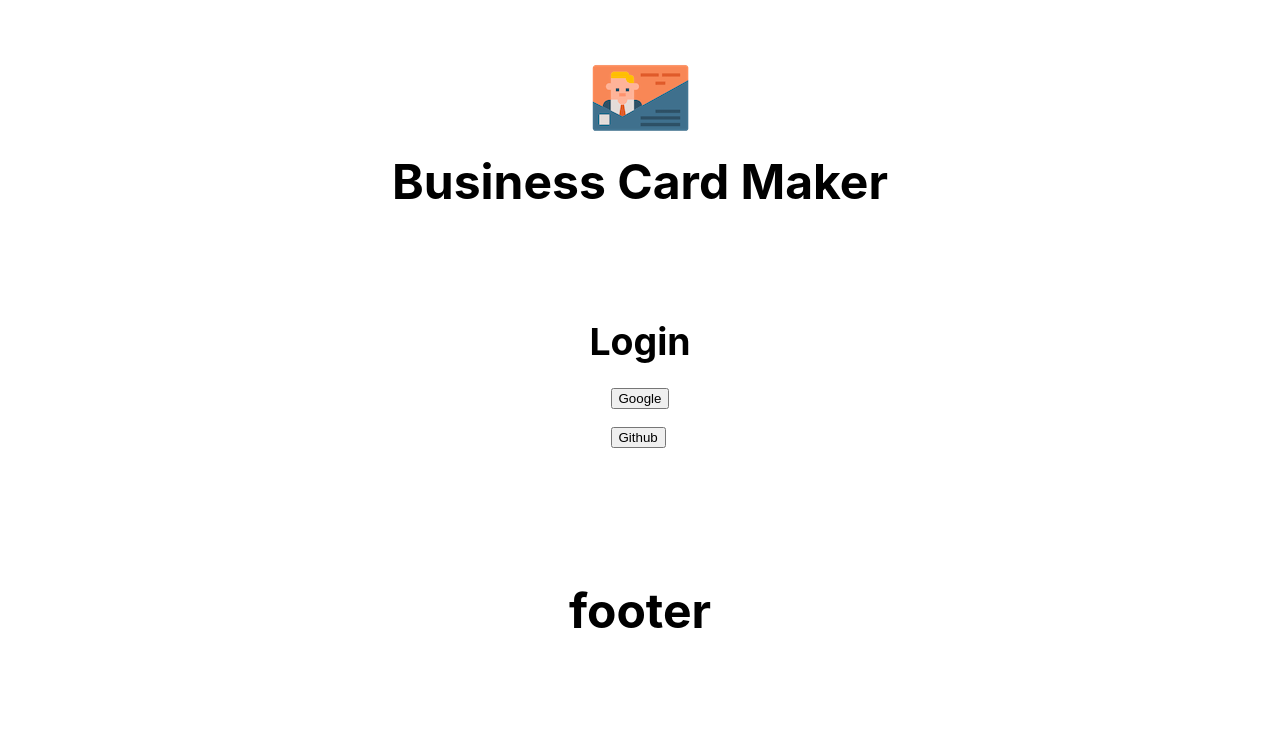
Repository: gomgomigom/firebase_practice_card_maker
Page: /
The author's editor kept a copy of each file at every save. The page is drawn from the files as they stood at one save, then again after the next save.
The browser window is 1280 px wide. The pictures show the whole page.
The page's requests for data from a server got no answer. The project was rebuilt for these pictures with package versions that can differ from the ones it lists, and the page was loaded fresh each time. No one was signed in, and anything a server would have sent is missing.

Above is the page before, as saved 2022-01-21 13:53:22.

After the next save:
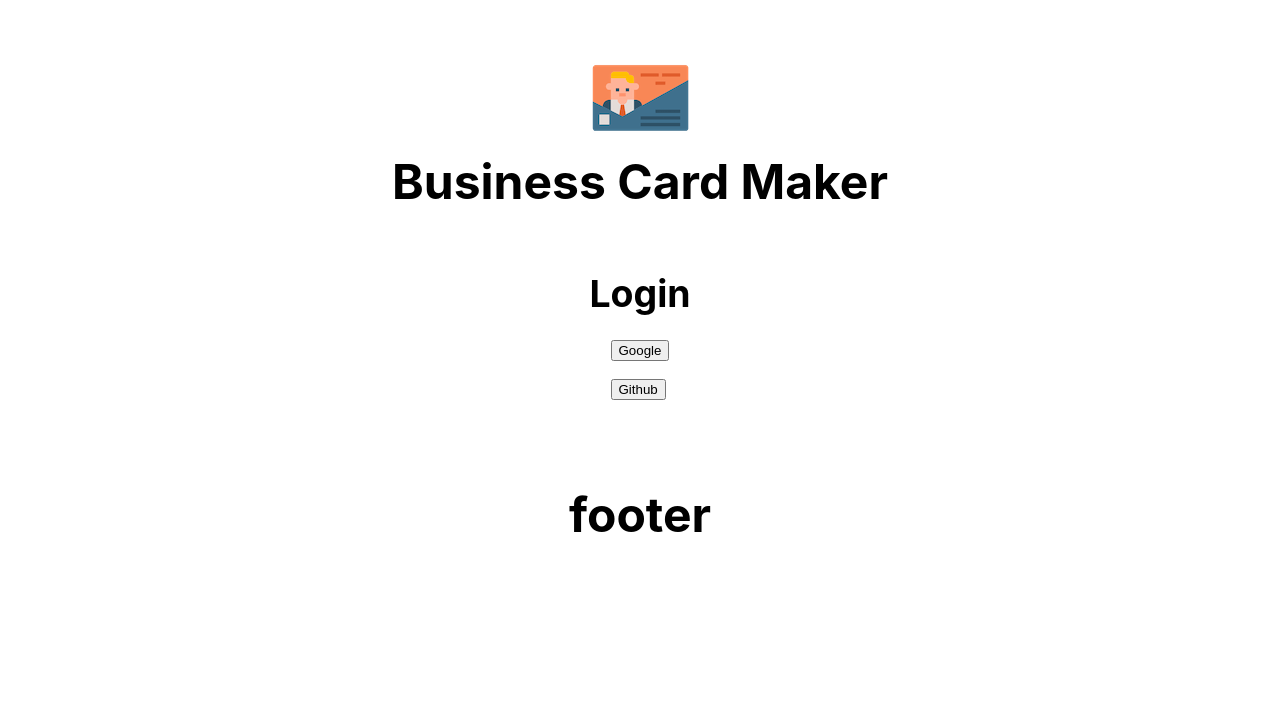
Saved 9 s later.
--- a/src/components/login/login.module.css
+++ b/src/components/login/login.module.css
@@ -12,7 +12,7 @@
 
 .loginList {
   width: 40rem;
-  height: 20rem;
+  height: 14rem;
   flex-direction: column;
   display: flex;
   align-items: center;
